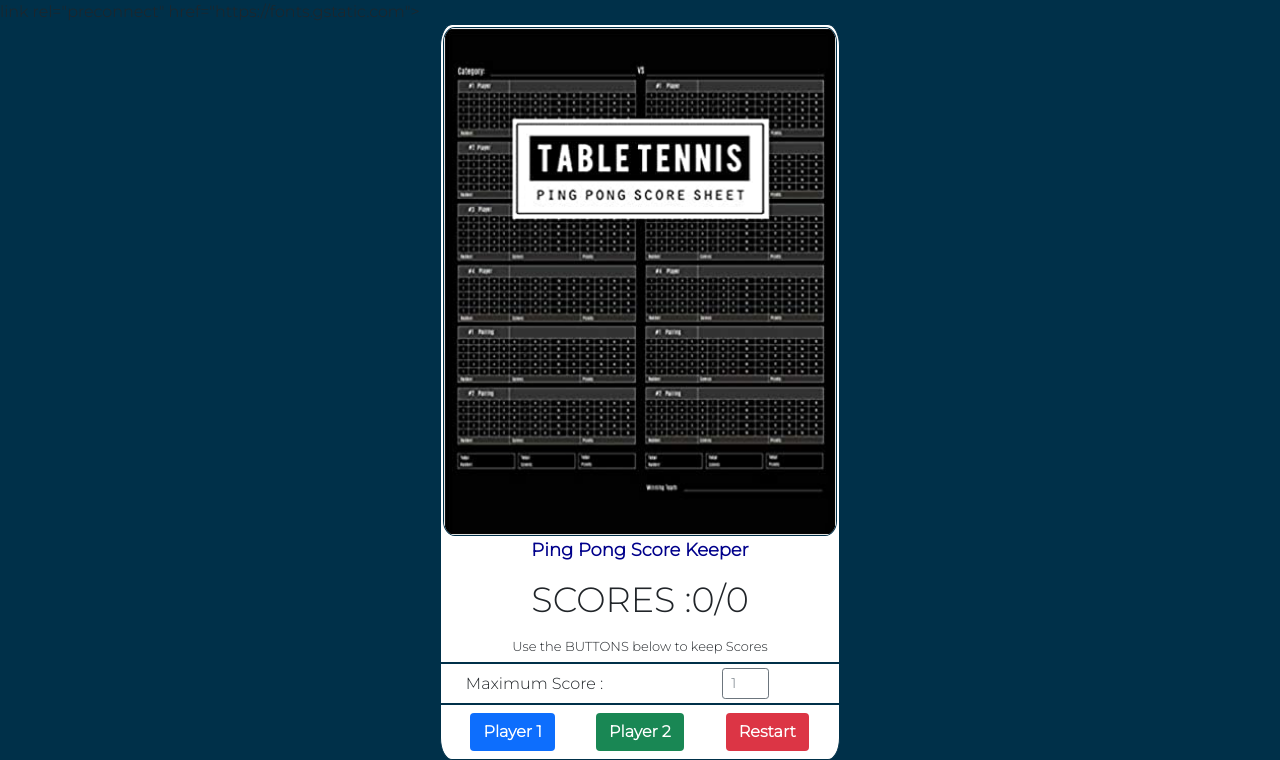
Repository: uditjain100/JavaScript-for-Web
Page: 9.Score Keeper Project/sk.html
The author's editor kept a copy of each file at every save. The page is drawn from the files as they stood at one save, then again after the next save.
The browser window is 1280 px wide. The pictures show the whole page.

Above is the page before, as saved 2021-01-23 12:58:51.

After the next save:
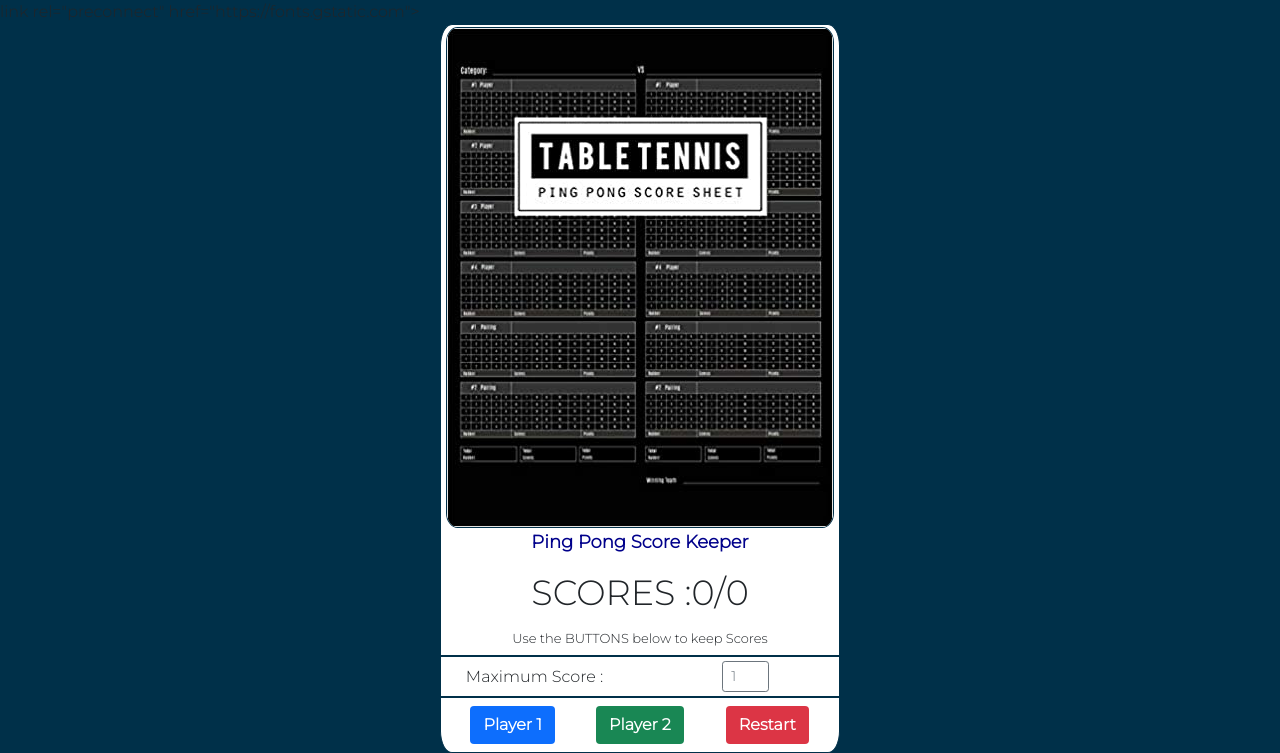
Saved 22 s later.
--- a/9.Score Keeper Project/sk.html
+++ b/9.Score Keeper Project/sk.html
@@ -24,7 +24,7 @@
           src="image.png"
           alt="Table_Tennis"
           class="img-fluid mx-auto"
-          style="width: 99%; height: 35%"
+          style="height: 35%"
         />
 
         <h6 id="heading" class="diaply-10">Ping Pong Score Keeper</h6>

After the save that followed:
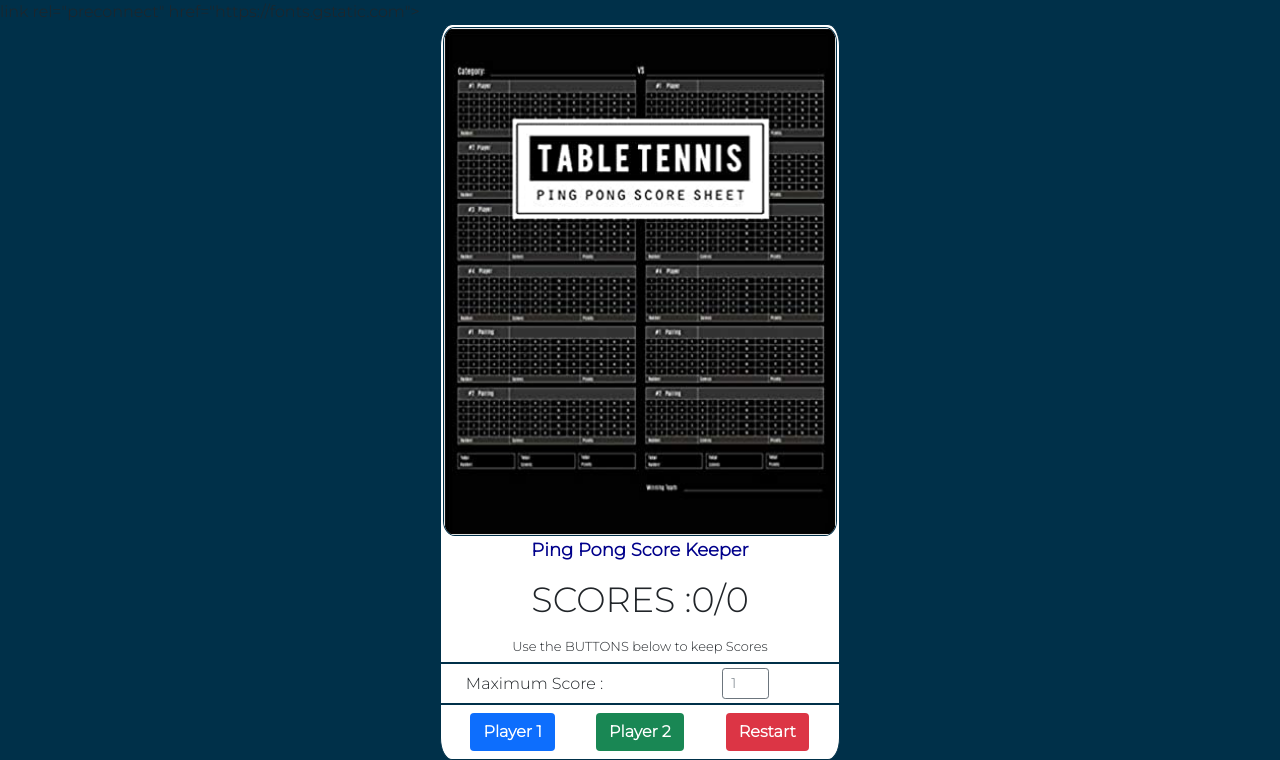
Saved 11 s later.
--- a/9.Score Keeper Project/sk.html
+++ b/9.Score Keeper Project/sk.html
@@ -24,7 +24,7 @@
           src="image.png"
           alt="Table_Tennis"
           class="img-fluid mx-auto"
-          style="height: 35%"
+          style="width: 99%; height: 35%"
         />
 
         <h6 id="heading" class="diaply-10">Ping Pong Score Keeper</h6>
